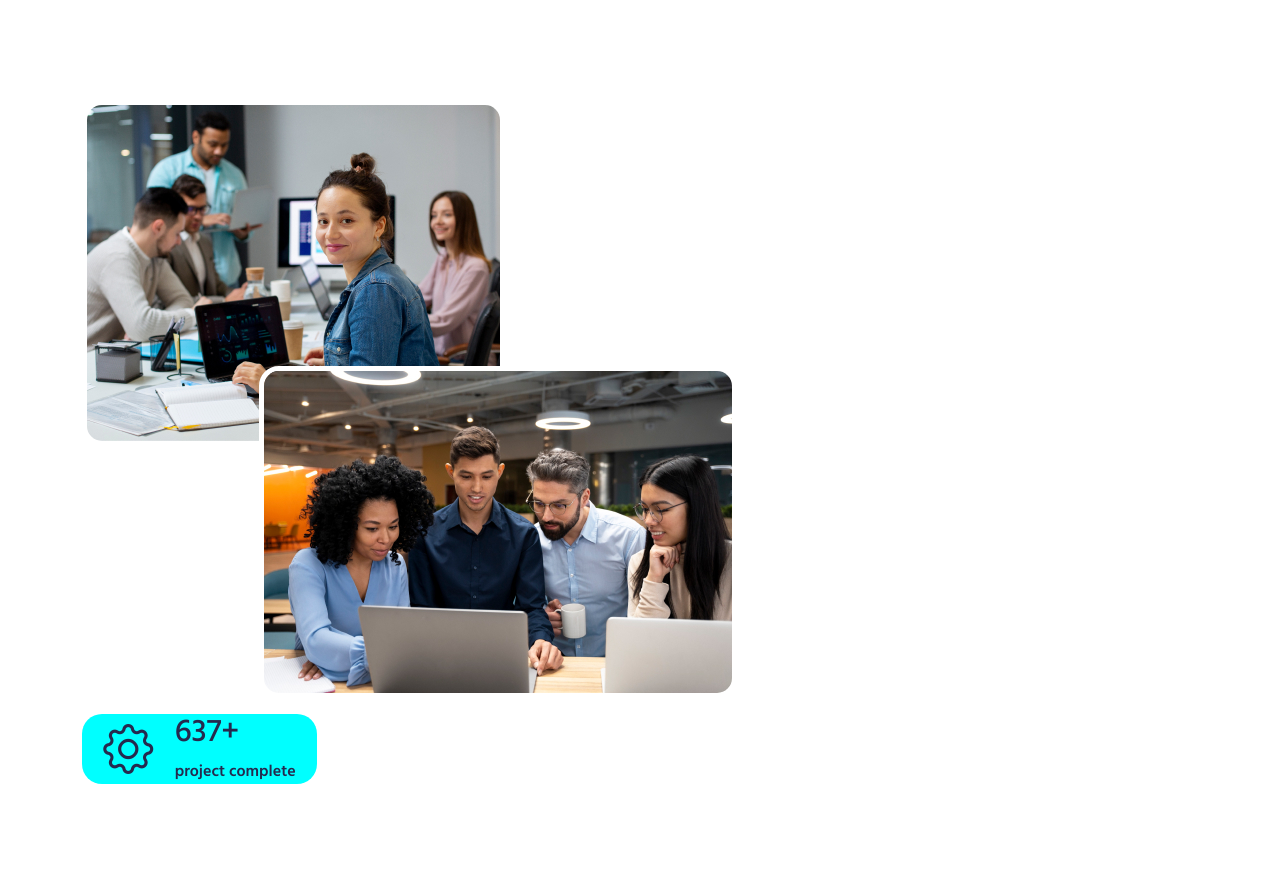
Repository: tagnam/mirehel2.0
Page: about.html
An editor plug-in stored every save of this project. The page is shown before and after the next save, followed by the edit.
The browser window is 1280 px wide. The pictures show the whole page.

Above is the page before, as saved 2025-02-03 12:09:02.

After the next save:
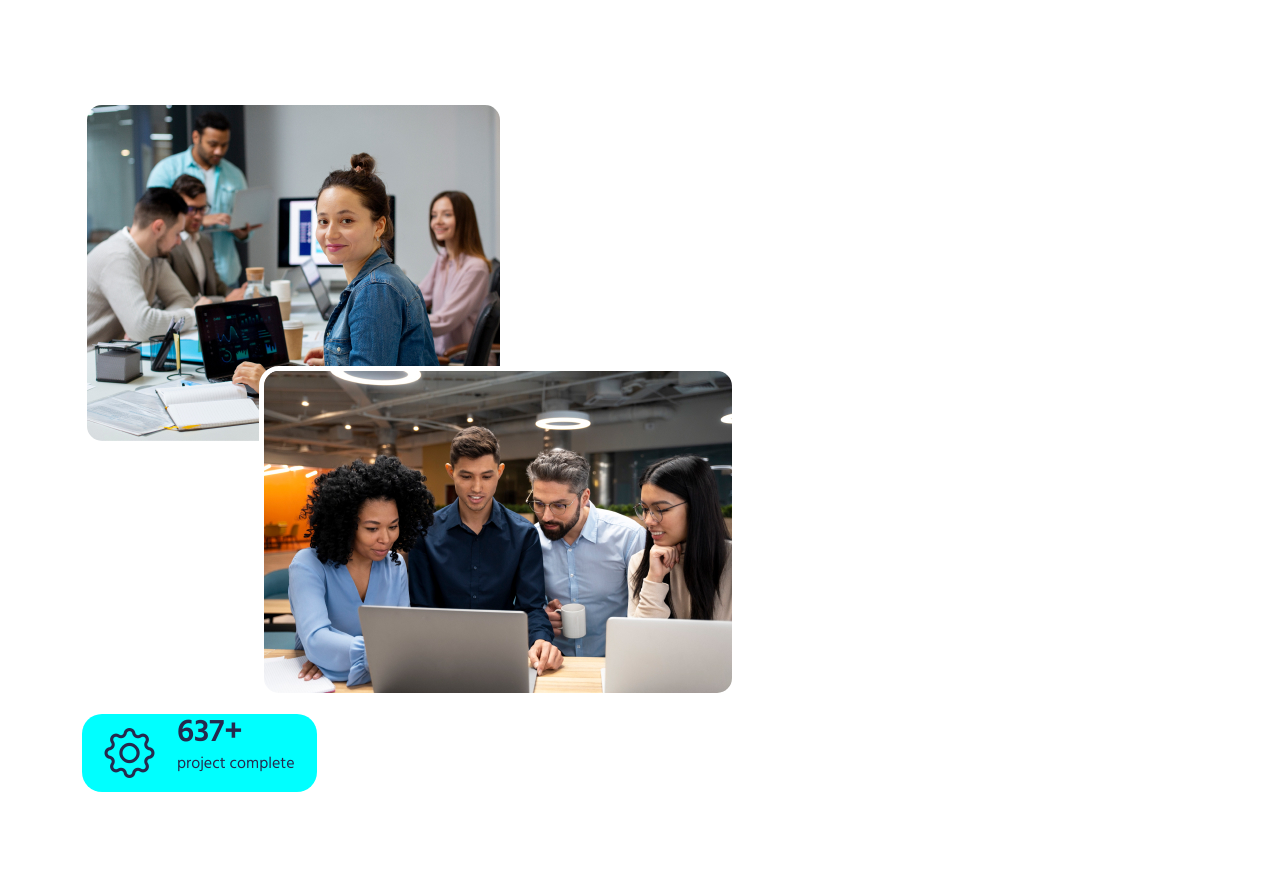
Saved 5 s later.
--- a/style/css/style.css
+++ b/style/css/style.css
@@ -466,11 +466,11 @@ linear-gradient(180deg, red 0%, #00000000 90.04%) border-box;
 }
 
 .project-number h2{
-
-}
-
-.project-number p{
     margin: unset;
     font-weight: 600;
-
-}
+}
+
+.project-number p{
+
+
+}
